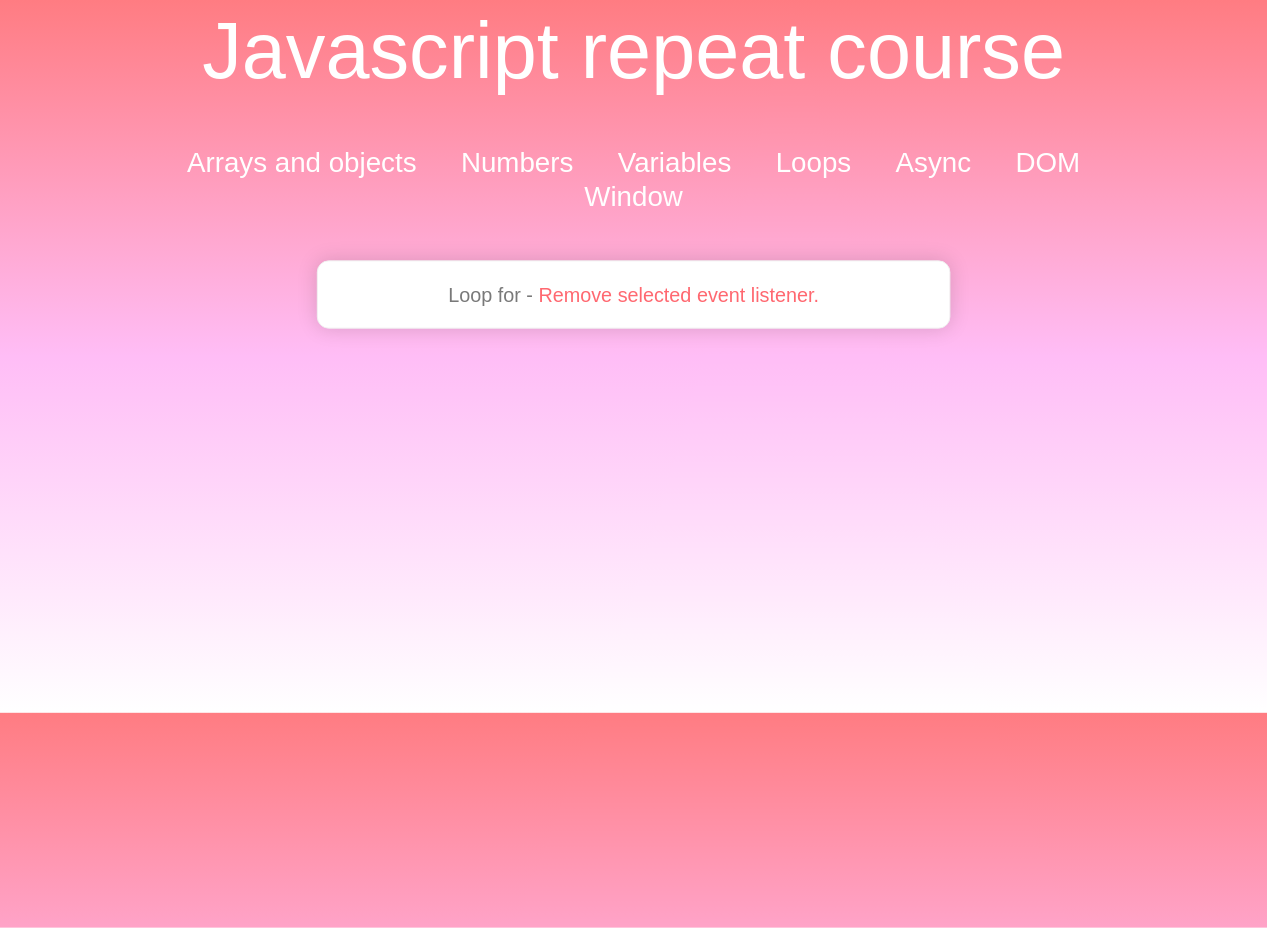
Repository: michalgornicki/javascript
Page: /#/Loops
The author's editor kept a copy of each file at every save. The page is drawn from the files as they stood at one save, then again after a run of saves.
The browser window is 1280 px wide. The pictures show the whole page, at 99% of full size.
Backgrounds fixed to the window are drawn as part of the page. The project was rebuilt for these pictures with package versions that can differ from the ones it lists, and the page was loaded fresh each time. Also part of the build but not shown: src/index.css, src/components/arrays.jsx, src/components/variables.jsx, src/components/numbers.jsx, src/components/async.jsx, src/components/DOM manipulation.jsx, src/components/window.jsx.

Above is the page before, as saved 2022-02-01 08:53:22.

### src/App.jsx
import React from "react";
import "./App.css";
import "bootstrap/dist/css/bootstrap.min.css";
import { Route, HashRouter as Router, Routes, Link } from "react-router-dom";
import Arrays from "./components/arrays.jsx"
import Variables from "./components/variables.jsx"
import Numbers from "./components/numbers.jsx"
import Loops from "./components/loops.jsx"
import Async from "./components/async.jsx"
import DOM from "./components/DOM manipulation.jsx"
import Window from "./components/window.jsx"

function App() {


  return (
    <Router>
    <div className="text-center">
      <div className="display-1 mt-1 mb-5 text-white">Javascript repeat course</div>

      <div className="h3 d-flex w-75 m-auto my-5 justify-content-evenly flex-wrap text-white">

      <Link className="link-style mx-3" to="/">Arrays and objects</Link>
      <Link className="link-style mx-3" to="/Numbers">Numbers</Link>
      <Link className="link-style mx-3" to="/Variables">Variables</Link>
      <Link className="link-style mx-3" to="/Loops">Loops</Link>
      <Link className="link-style mx-3" to="/Async">Async</Link>
      <Link className="link-style mx-3" to="/DOM">DOM</Link>
      <Link className="link-style mx-3" to="/Window">Window</Link>


      </div>

      <Routes>
          <Route path="/" element={<Arrays />} />
          <Route path="/Numbers" element={<Numbers />} />
          <Route path="/Variables" element={<Variables />} />
          <Route path="/Loops" element={<Loops />} />
          <Route path="/Async" element={<Async />} />
          <Route path="/DOM" element={<DOM />} />
          <Route path="/Window" element={<Window />} />
        </Routes>


    </div>
    </Router>
  );
}

export default App;

### src/App.css
body{
    font-family: Arial, Helvetica, sans-serif!important;
    overflow-x: hidden;
    padding-bottom: 80vh;
    height: auto;
    background: linear-gradient(0deg, rgb(255, 255, 255), rgb(255, 189, 246), rgb(255, 124, 130));
    background-attachment: fixed;
}

.js-item{
    color:rgb(121, 121, 121);
    background-color: white;
    transition: 0.2s;
    padding: 3vh;
    margin-bottom: 4vh!important;
    border: 1px solid rgb(240, 240, 240);
    width: 50%;
    margin-left: auto;
    margin-right: auto;
    box-shadow: 0px 0px 20px rgba(0, 0, 0, 0.15);
    border-radius: 0.75rem;
}

.js-item:hover{
    cursor: pointer;
    background-color: rgb(240, 240, 240);
}

.text-pink{
    color:rgb(255, 104, 112)!important;
}

.link-style{
    color: inherit;
    text-decoration: inherit;
}

.link-style:hover{
    color: rgb(255, 104, 112);
}

@media only screen and (max-device-width: 600px), (max-width: 600px) {

    .js-item{
        width: 95%;
    }

}

### src/components/loops.jsx
const Loops = () => {
  return (
    <div className="">
        <div className="js-item h5">
        {" "}
        <span className="">{`Loop for`} -</span>
        <span className="text-pink"> Remove selected event listener.</span> <br />
      </div>
    </div>
  );
};

export default Loops;

Loaded but not shown: public/index.html (common file); src/index.js (common file); src/reportWebVitals.js (common file)

After the next 11 saves:
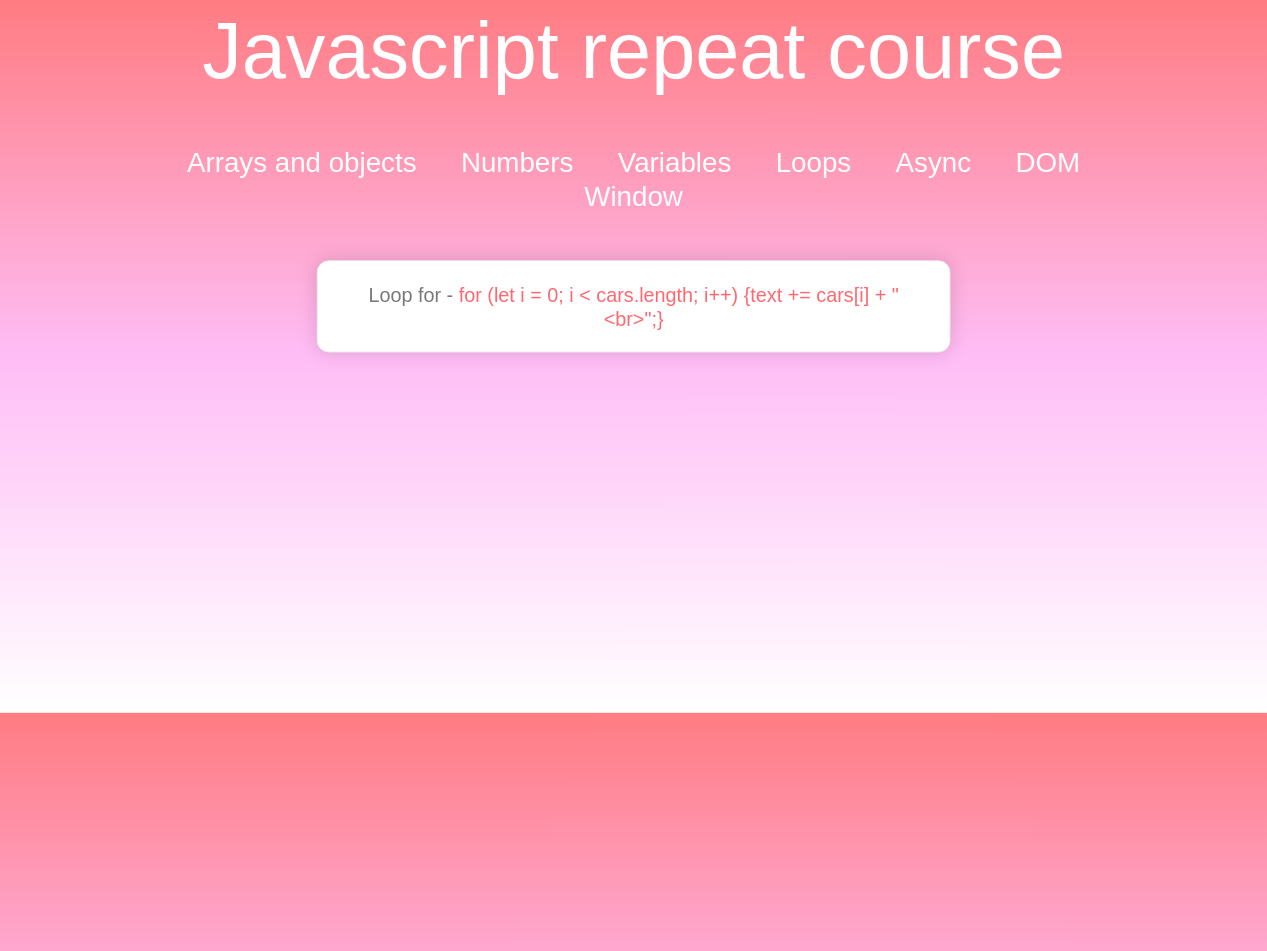
The 11 saves are shown as one change because 1 did not build or start and some came seconds apart.
The last was saved 43 s later.
--- a/src/components/loops.jsx
+++ b/src/components/loops.jsx
@@ -4,7 +4,7 @@ const Loops = () => {
         <div className="js-item h5">
         {" "}
         <span className="">{`Loop for`} -</span>
-        <span className="text-pink"> Remove selected event listener.</span> <br />
+        <span className="text-pink"> {`for (let i = 0; i < cars.length; i++) {text += cars[i] + "<br>";}`}</span> <br />
       </div>
     </div>
   );
